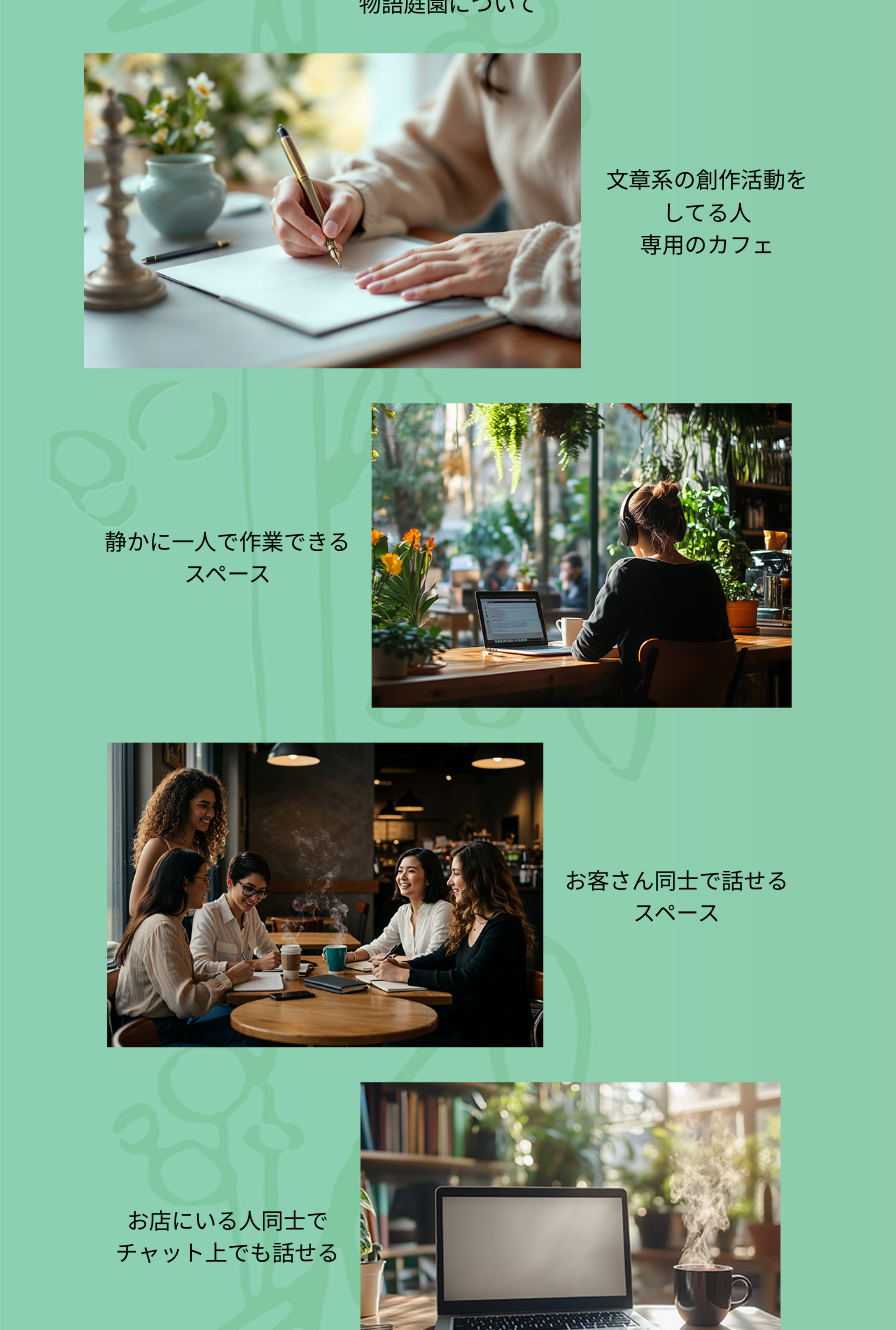
Repository: saka-kou/GardenStory
Page: index.html
The author's editor kept a copy of each file at every save. The page is drawn from the files as they stood at one save, then again after the next save.
The browser window is 1280 px wide. The pictures show the part of the page from y = 1020 to 2920 px (the page is 5269 px tall before and 4833 px after), at 70% of full size.
A picture or video elsewhere on the page could not be fetched, so the positions and the page height are approximate. Some web fonts or font styles are not loaded; a fallback is used.

Above is the page before, as saved 2025-07-24 15:43:56.

After the next save:
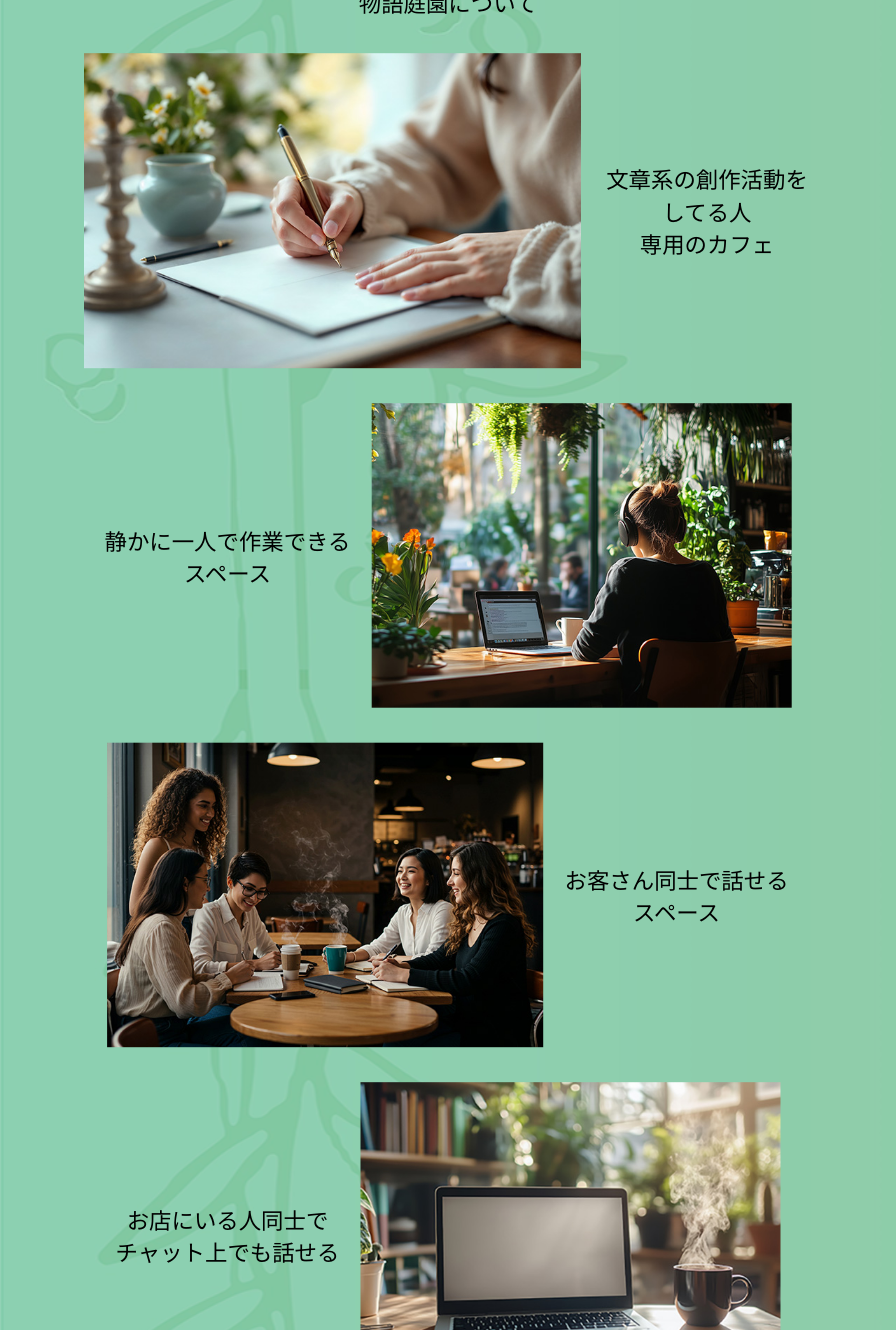
Saved 87 s later.
--- a/css/index.css
+++ b/css/index.css
@@ -99,13 +99,19 @@ main{
 .price{
     font-size: 32px;
 }
+.topWapper{
+    display: flex;
+}
 .topitem{
+    display: flex;
+}
+.middleWapper{
     display: flex;
 }
 .middleitem{
     display: flex;
 }
-.middleWapper{
+.bottomWapper{
     display: flex;
 }
 .bottomitem{
